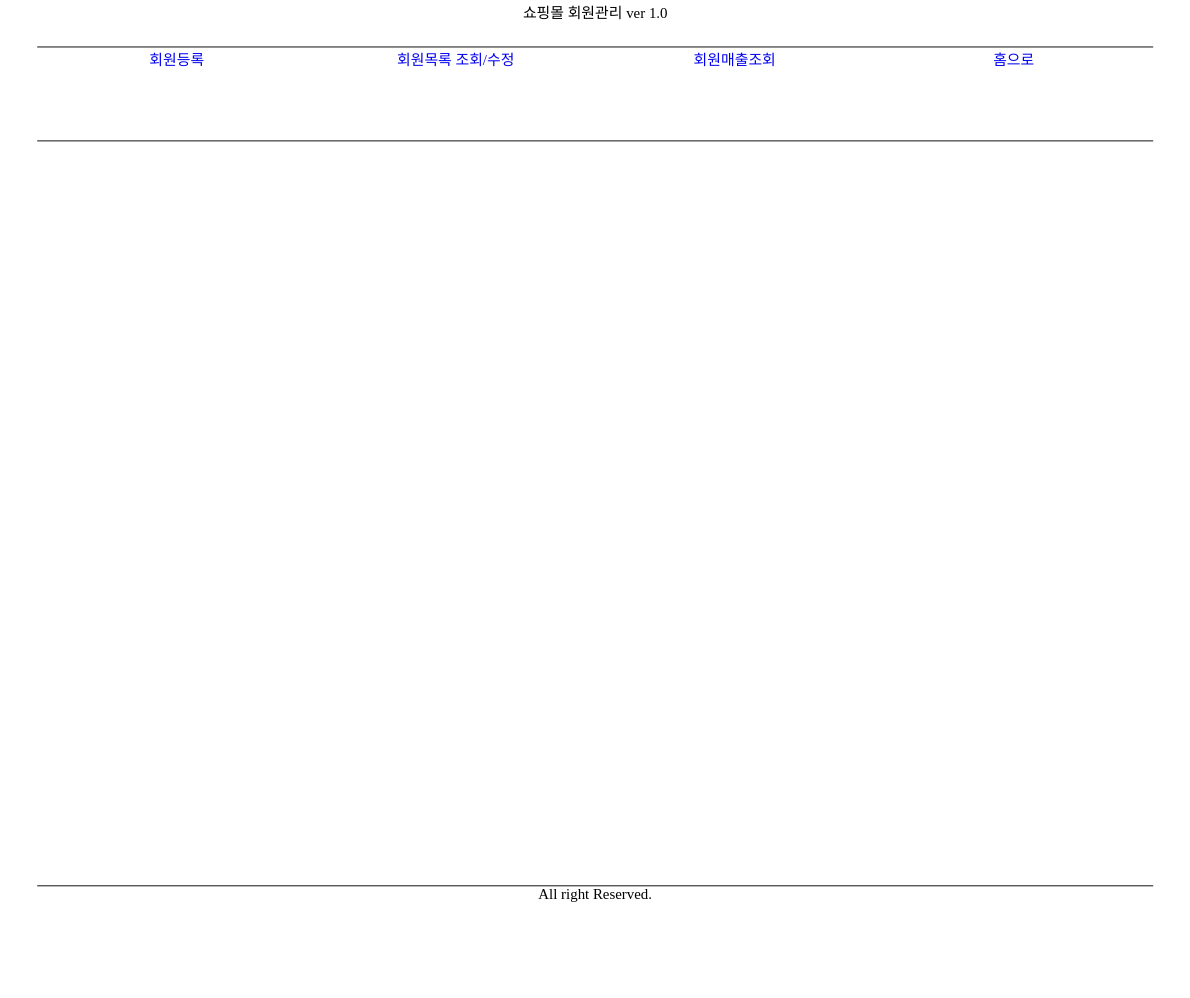
Repository: foodduck/HRD_exam
Page: http://localhost/HRD_1234/
These files come from the project's save history. The page is drawn as it stood at one moment and after the next save; the edit follows.
The browser window is 1280 px wide. The pictures show the whole page, at 93% of full size.
The page is served by Tomcat 9.

Above is the page before, as saved 2022-02-14 07:08:58.

After the next save:
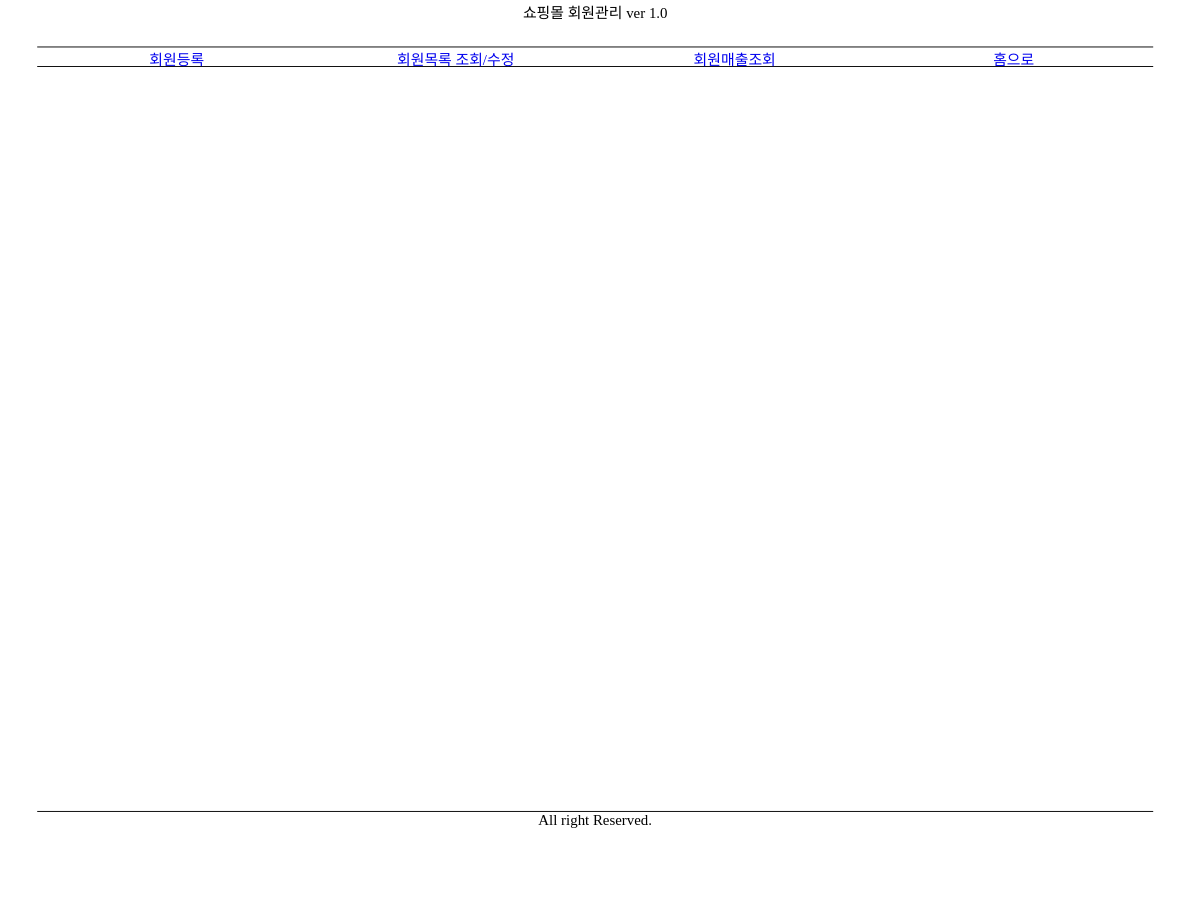
Saved 22 s later.
--- a/HRD_1234/WebContent/index.jsp
+++ b/HRD_1234/WebContent/index.jsp
@@ -15,7 +15,7 @@
 
 	.hd {height:50px; width: 1200px; border-bottom:solid black 1px;}
 	nav {clear:both;}
-	.gnb {height: 100px; width: 1200px; margin:0 auto; text-align:center; border-bottom:solid black 1px;}
+	.gnb {height: 20px; width: 1200px; margin:0 auto; text-align:center; border-bottom:solid black 1px;}
 	.gnb li { float:left; width:300px;}
 	.sec {width:100%; height:800px;}
 	.ft {clear:both; width:100%; height:120px; border-top:solid 1px black;}
